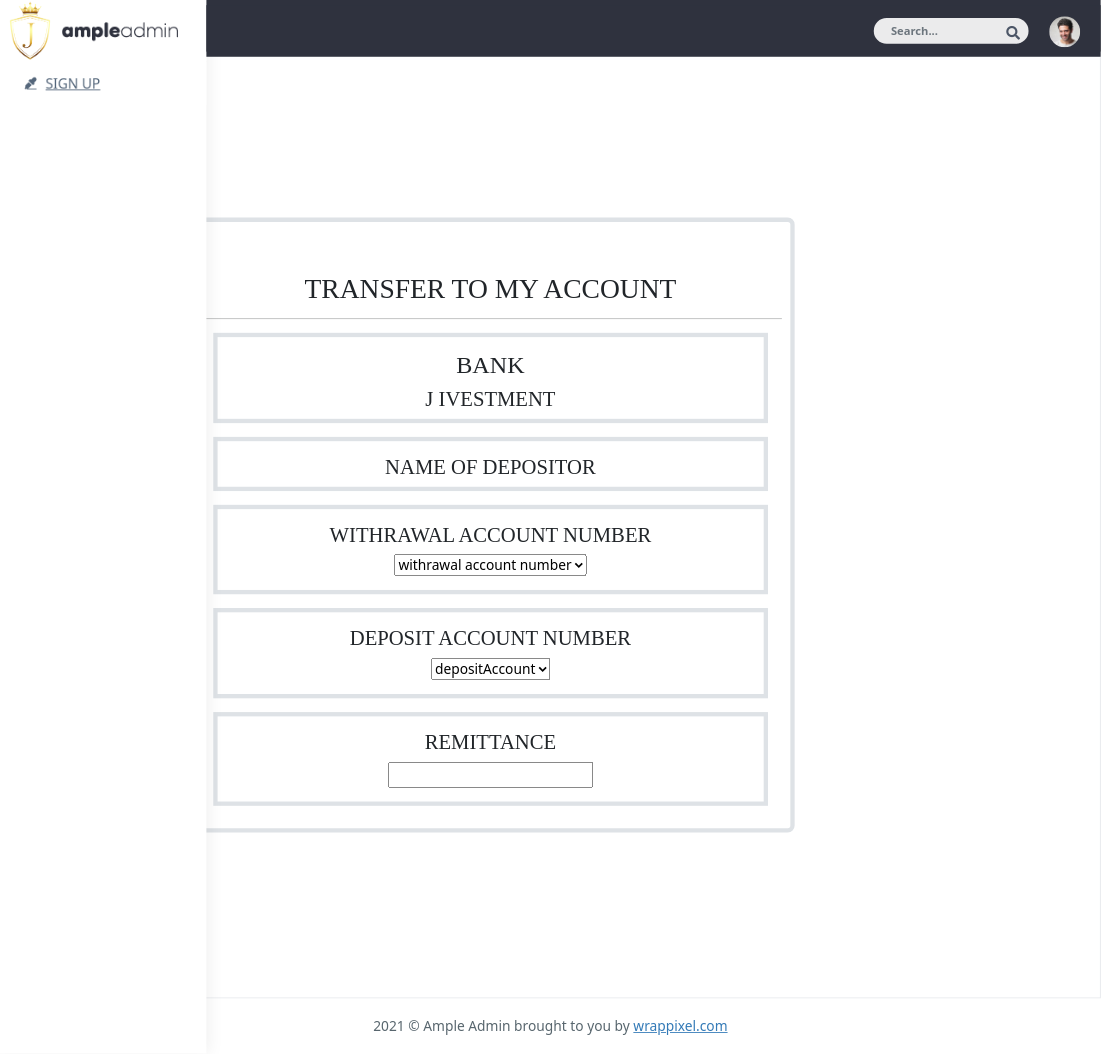
Repository: chopilyeon/HanaOpenBanking
Page: http://localhost/OpenBanking/jsp/bank/transferToMyAccount.jsp
These files come from the project's save history. The page is drawn as it stood at one moment and after the next save; the edit follows.
The browser window is 1280 px wide. The pictures show the whole page, at 86% of full size.
Some web fonts or font styles are not loaded; a fallback is used. The page is served by Tomcat 9.

Above is the page before, as saved 2022-07-18 06:31:22.
Console error: TypeError: Cannot read properties of null (reading 'querySelector')

After the next save:
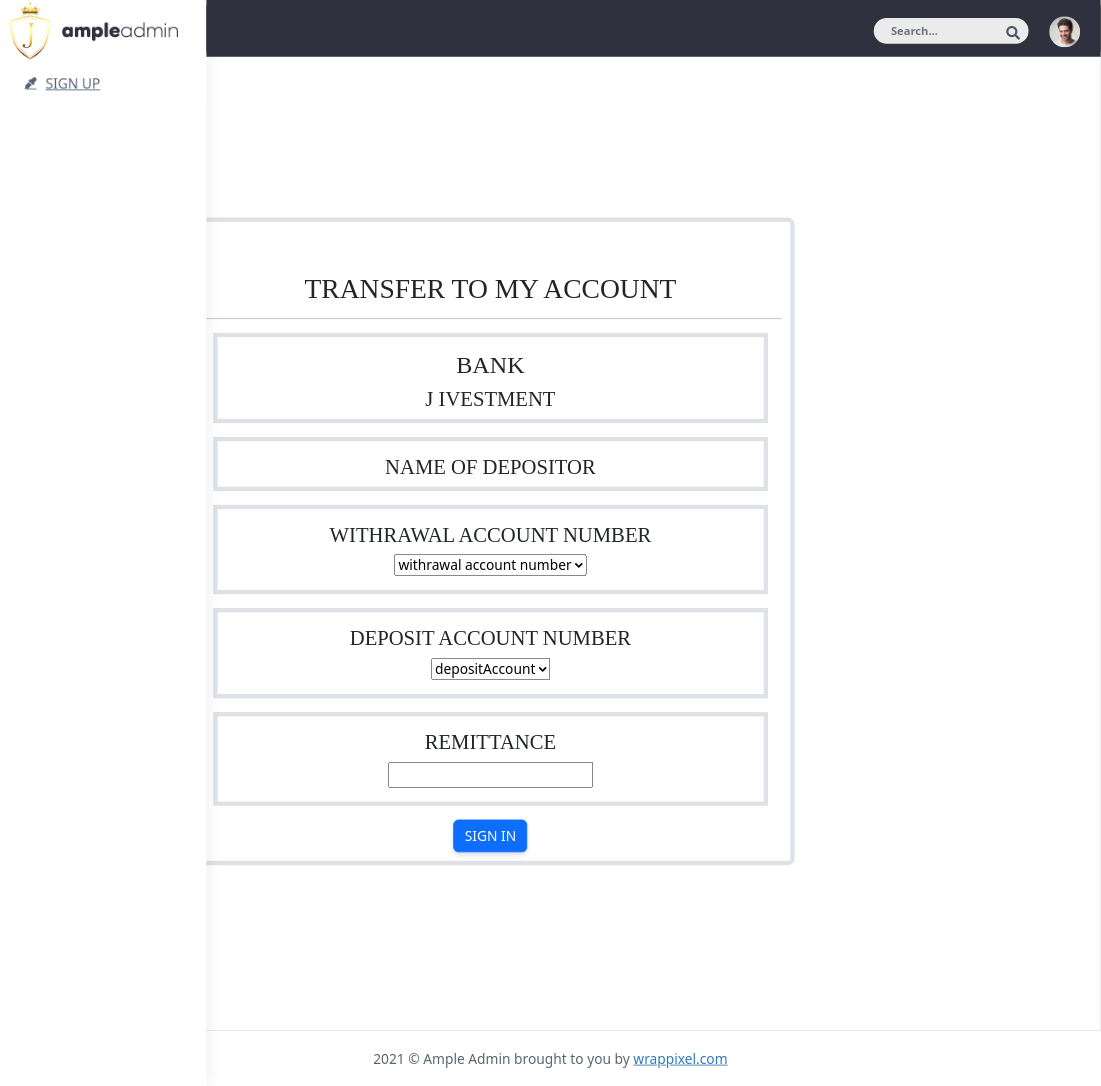
Saved 57 s later.
--- a/OpenBanking/src/main/webapp/jsp/bank/transferToMyAccount.jsp
+++ b/OpenBanking/src/main/webapp/jsp/bank/transferToMyAccount.jsp
@@ -99,6 +99,7 @@
 							<input type="number" name="remittance" class="mb-3">
 						</div>
 
+							 <button type="SUBMIT" class="btn btn-primary">SIGN IN</button>
 					</div>
 				</div>
 			</div>
